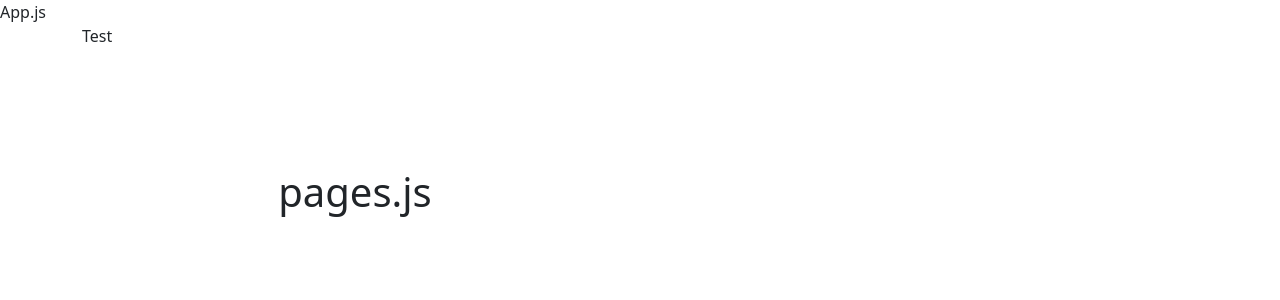
Repository: ward438/improved_portfolio
Page: / (app in client/)
An editor plug-in stored every save of this project. The page is shown before and after the next save, followed by the edit.
The browser window is 1280 px wide. The pictures show the whole page.
The page's requests for data from a server got no answer. The project was rebuilt for these pictures with package versions that can differ from the ones it lists, and the page was loaded fresh each time. No one was signed in, and anything a server would have sent is missing. Also part of the build but not shown: client/src/App.css.

Above is the page before, as saved 2021-06-15 18:10:00.

After the next save:
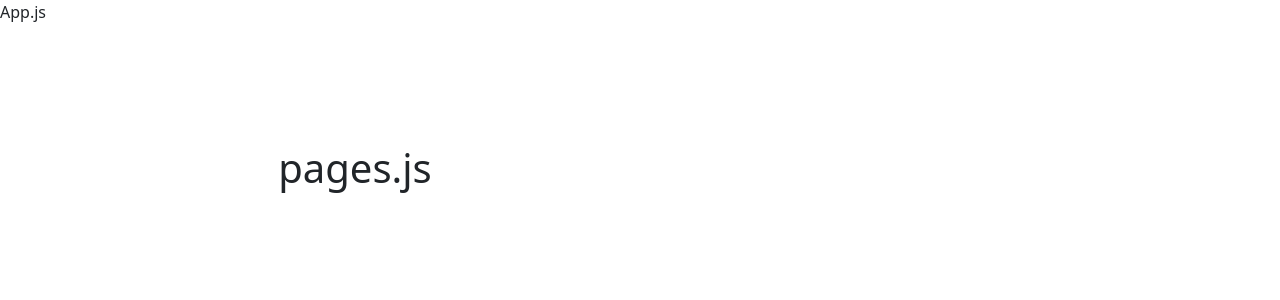
Saved 8 s later.
--- a/client/src/pages/pages.js
+++ b/client/src/pages/pages.js
@@ -41,7 +41,7 @@ function Pages() {
 
 
       return (
-        <Container>Test
+        <Container>
           <Row>
             <Col size="md-6">
               <Jumbotron>
